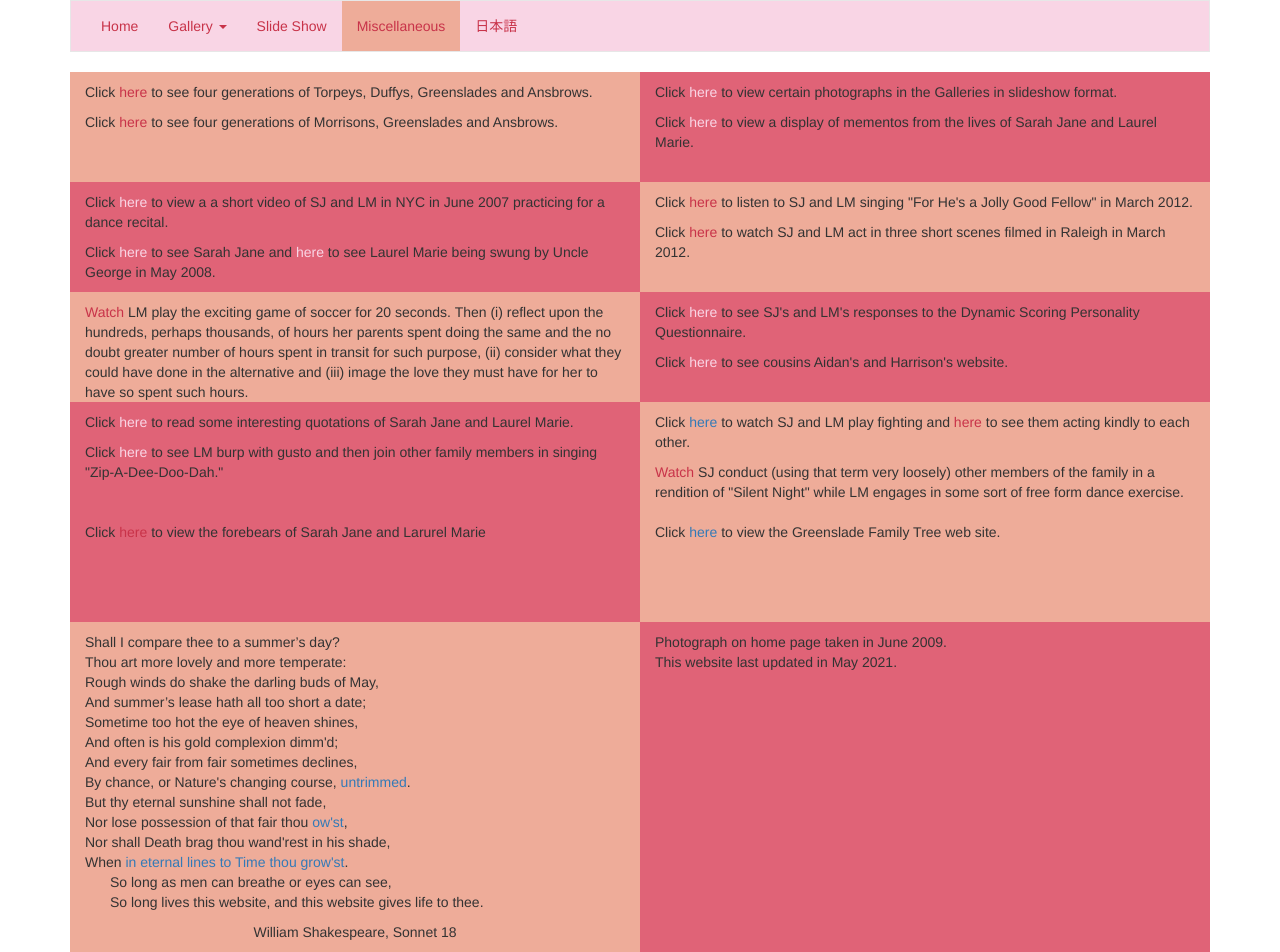
Repository: George2916/Sarah-Jane-and-Laurel-Marie
Page: misc.html
The author's editor kept a record of every edit. The page is drawn from the files as they stood at one moment, then again after the next edit.
The browser window is 1280 px wide. The pictures show the whole page.

Above is the page before.
Console error: TypeError: Cannot read properties of null (reading 'style')

After the next edit:
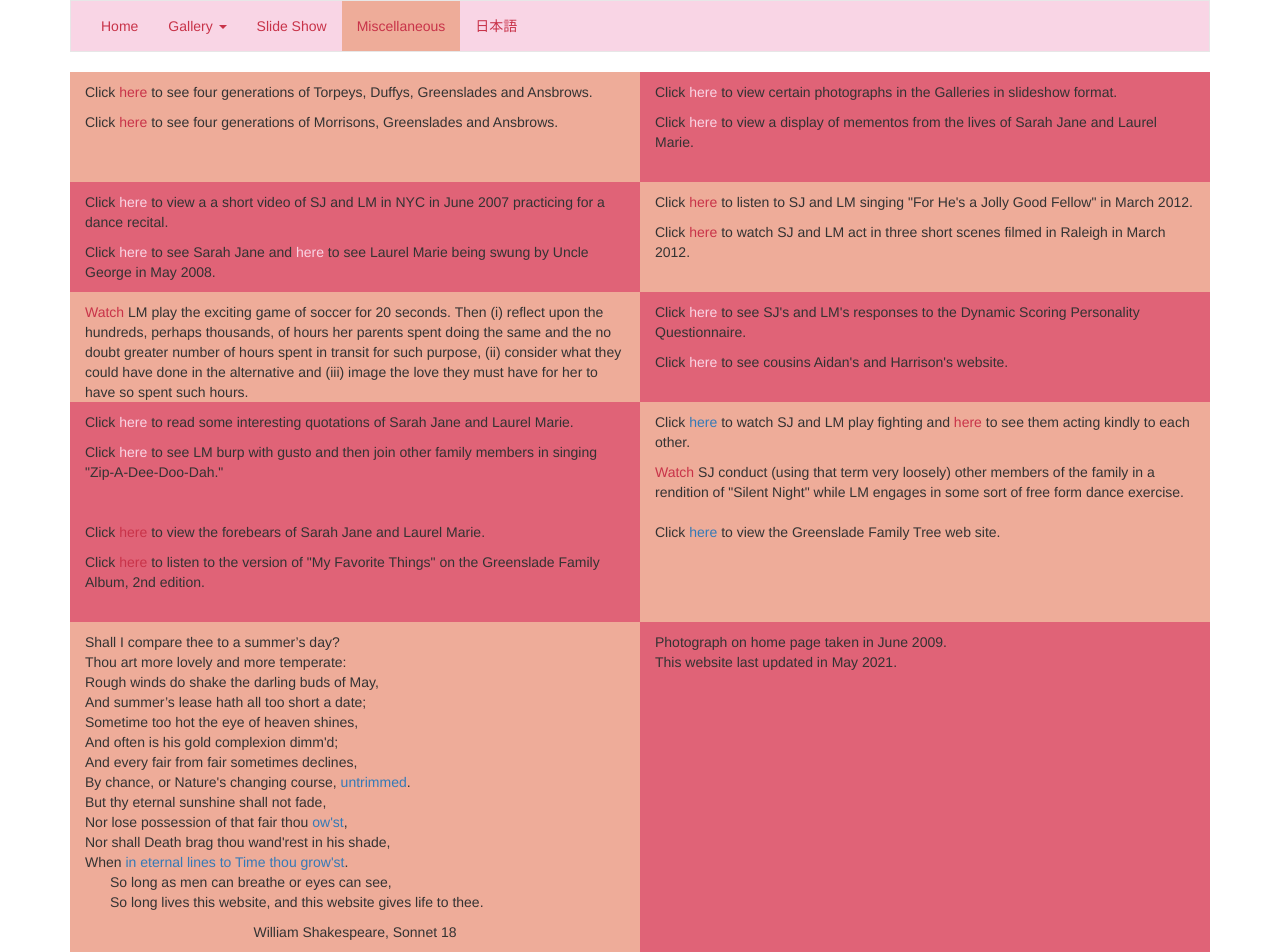
The edit:
--- a/misc.html
+++ b/misc.html
@@ -123,7 +123,9 @@
         <div class="row  noPad">
 
             <div class="col-sm-6 color2 box9">
-                <p>Click <a class="misc-link-9 AAA" href="ancestors.html">here</a> to view the forebears of Sarah Jane and Larurel Marie</p>
+                <p>Click <a class="misc-link-9 AAA" href="ancestors.html">here</a> to view the forebears of Sarah Jane and Laurel Marie.</p>
+
+                <p>Click <a class="misc-link-9 AAA" href="https://youtu.be/F1NmzCG4n8A">here</a> to listen to the version of "My Favorite Things" on the Greenslade Family Album, 2nd edition.</p>
             </div>
 
 
